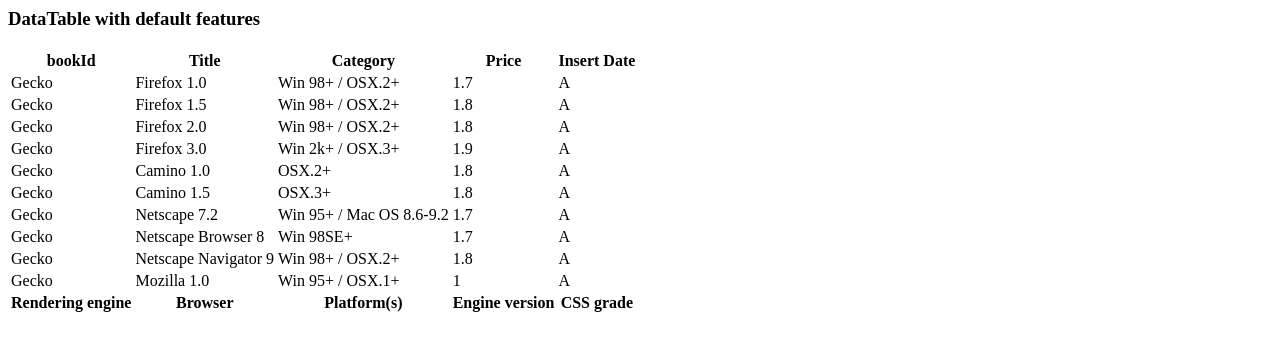
Repository: gw9955/eGov
Page: http://localhost/egovProj/WEB-INF/views/book/list.jsp
An editor plug-in stored every save of this project. The page is shown before and after the next save, followed by the edit.
The browser window is 1280 px wide. The pictures show the whole page.
The page is served by Tomcat 9. Nobody is signed in. The template is opened directly, without the code that normally fills it, so the values that code supplies are empty.

Above is the page before, as saved 2022-11-11 08:00:48.

After the next save:
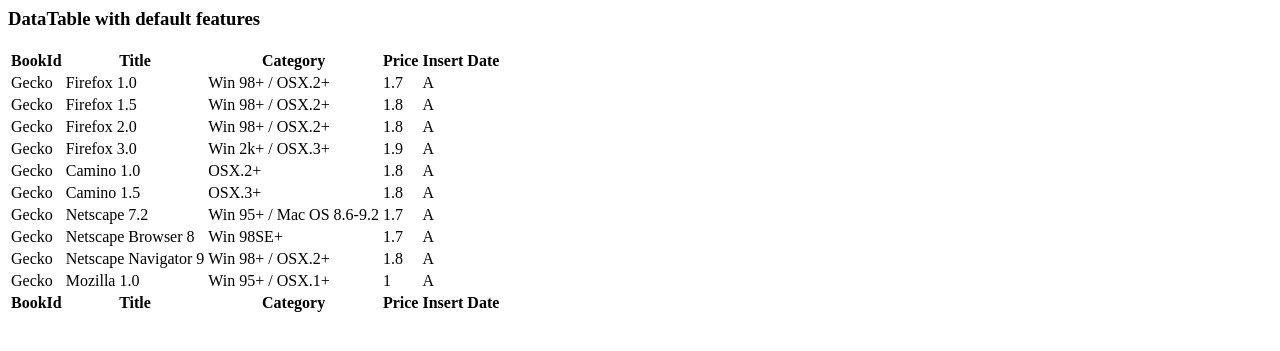
Saved 94 s later.
--- a/egovProj/src/main/webapp/WEB-INF/views/book/list.jsp
+++ b/egovProj/src/main/webapp/WEB-INF/views/book/list.jsp
@@ -16,7 +16,7 @@
 								<th class="sorting sorting_asc" tabindex="0"
 									aria-controls="example1" rowspan="1" colspan="1"
 									aria-sort="ascending"
-									aria-label="bookId: activate to sort column descending">bookId</th>
+									aria-label="BookId: activate to sort column descending">BookId</th>
 								<th class="sorting" tabindex="0" aria-controls="example1"
 									rowspan="1" colspan="1"
 									aria-label="Title activate to sort column ascending">Title</th>
@@ -105,11 +105,11 @@
 						</tbody>
 						<tfoot>
 							<tr>
-								<th rowspan="1" colspan="1">Rendering engine</th>
-								<th rowspan="1" colspan="1">Browser</th>
-								<th rowspan="1" colspan="1">Platform(s)</th>
-								<th rowspan="1" colspan="1">Engine version</th>
-								<th rowspan="1" colspan="1">CSS grade</th>
+								<th rowspan="1" colspan="1">BookId</th>
+								<th rowspan="1" colspan="1">Title</th>
+								<th rowspan="1" colspan="1">Category</th>
+								<th rowspan="1" colspan="1">Price</th>
+								<th rowspan="1" colspan="1">Insert Date</th>
 							</tr>
 						</tfoot>
 					</table>
